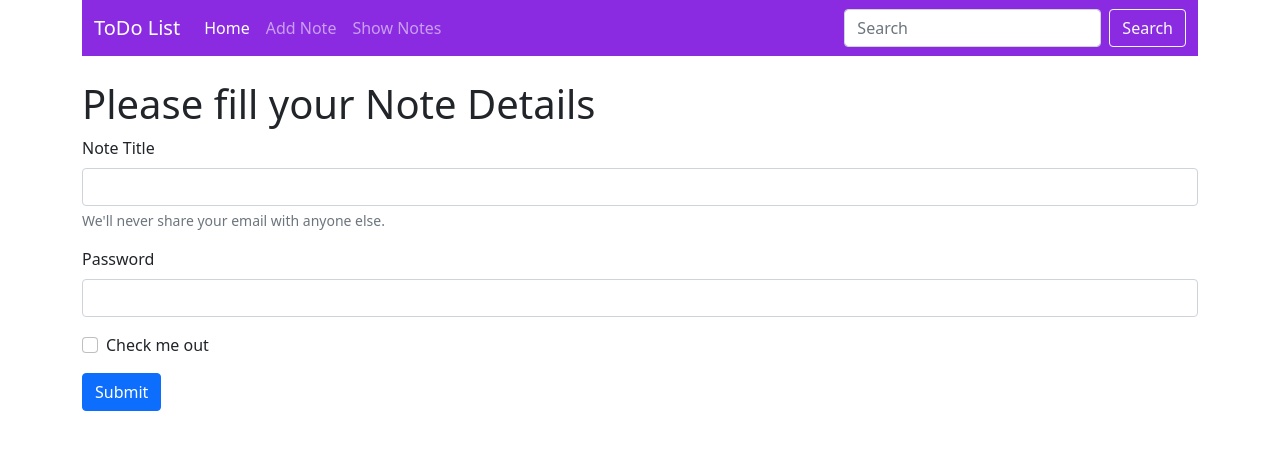
Repository: VishalSalvi17/Hibernate
Page: http://localhost/ToDoList/addnote.jsp
An editor plug-in stored every save of this project. The page is shown before and after the next save, followed by the edit.
The browser window is 1280 px wide. The pictures show the whole page.
The page is served by Tomcat 9.

Above is the page before, as saved 2023-03-16 10:55:02.

After the next save:
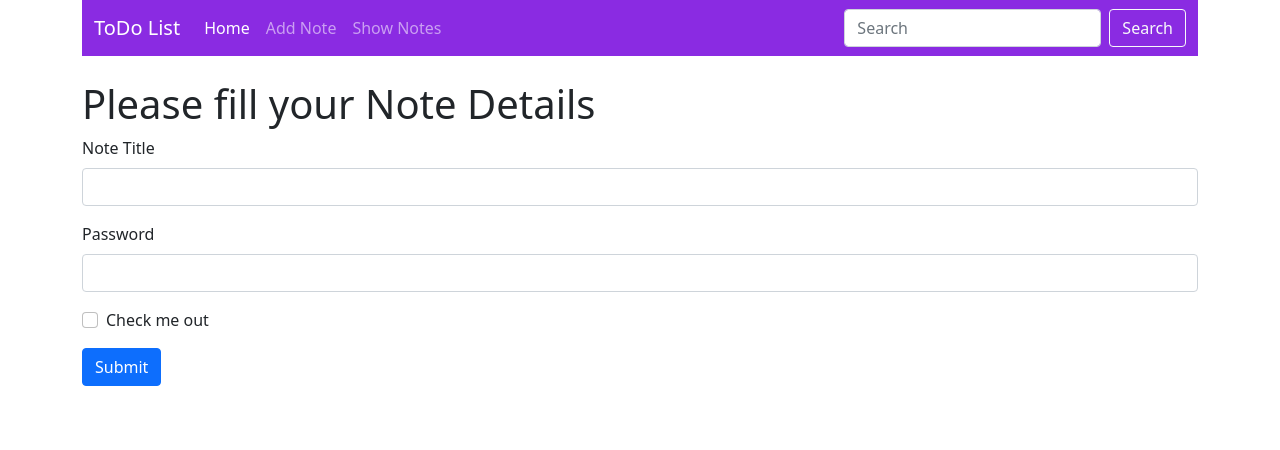
Saved 44 s later.
--- a/ToDoList/src/main/webapp/addnote.jsp
+++ b/ToDoList/src/main/webapp/addnote.jsp
@@ -22,8 +22,7 @@
 				<label for="exampleInputEmail1" class="form-label">Note Title</label>
 				<input type="text" class="form-control"
 					id="title" aria-describedby="emailHelp">
-				<div id="emailHelp" class="form-text">We'll never share your
-					email with anyone else.</div>
+
 			</div>
 			<div class="mb-3">
 				<label for="exampleInputPassword1" class="form-label">Password</label>
